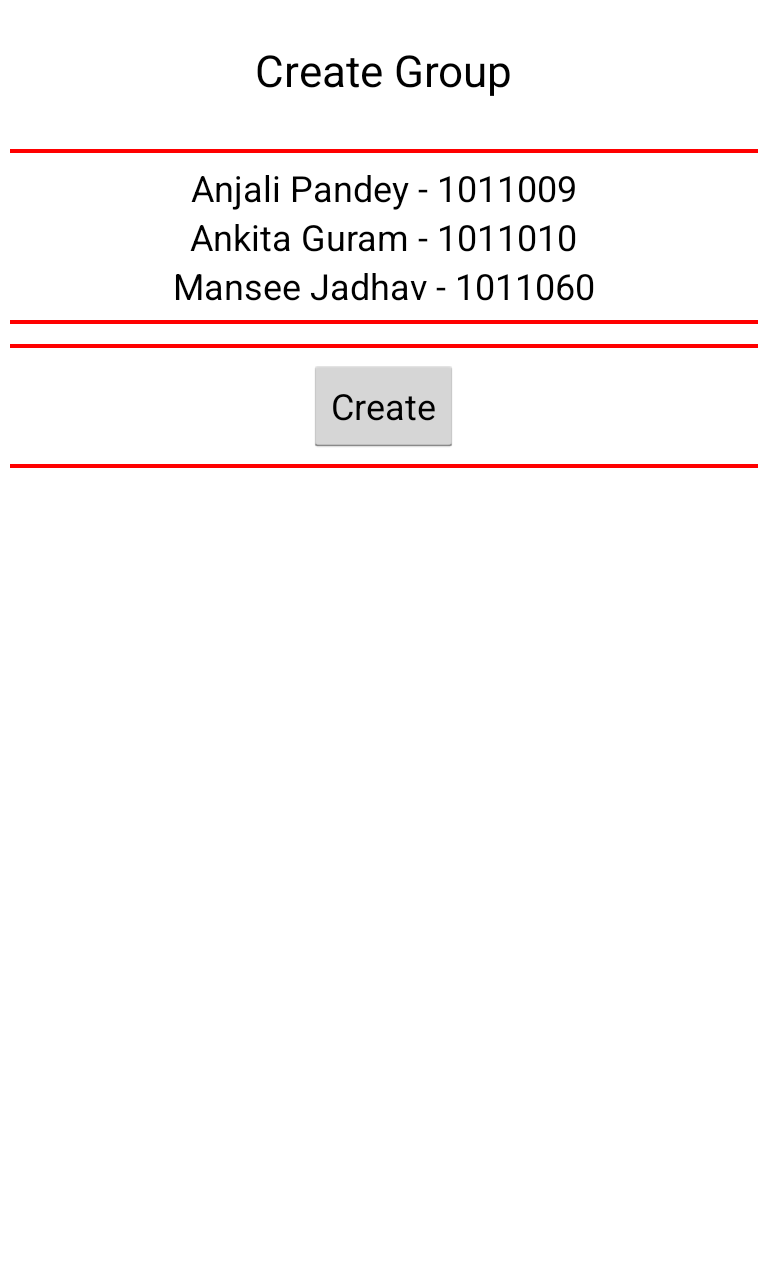
Repository: mansee8/Emergency-Service-Information-Provider
Layout: Emergency Service Information Provider/ESIP/ESIP/res/layout/create_group.xml
An editor plug-in stored every save of this project. The layout is shown before and after the next save, followed by the edit.
It is drawn on a 768 x 1280 px phone screen (xhdpi) without system bars, with theme AppTheme; the app's code is not run.

Above is the layout before, as saved 2014-02-27 07:33:50.

After the next save:
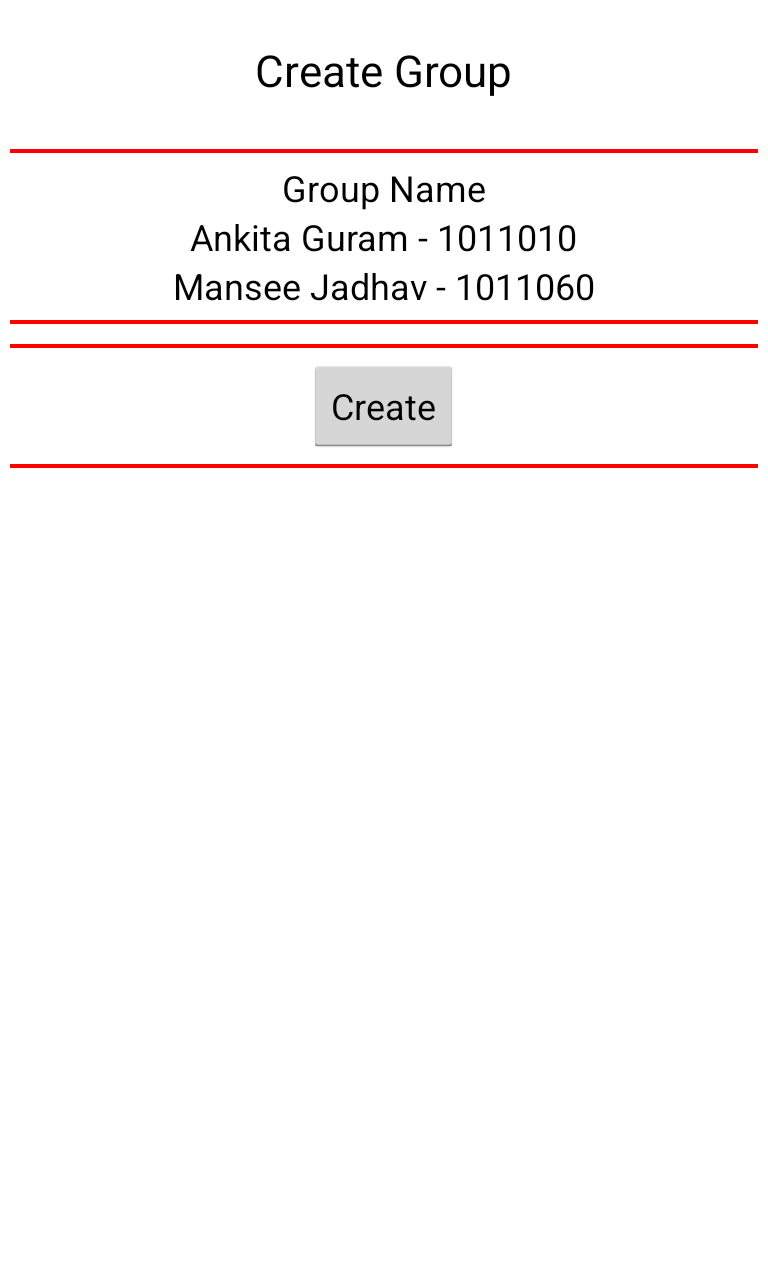
Saved 40 s later.
--- a/Emergency Service Information Provider/ESIP/ESIP/res/layout/create_group.xml
+++ b/Emergency Service Information Provider/ESIP/ESIP/res/layout/create_group.xml
@@ -6,7 +6,6 @@
     android:orientation="vertical" >
 
     <TextView
-        android:id="@+id/textView1"
         android:layout_width="wrap_content"
         android:layout_height="wrap_content"
         android:layout_margin="20dp"
@@ -20,10 +19,9 @@
         android:background="#ff0000" />
 
     <TextView
-        android:id="@+id/textView4"
         android:layout_width="wrap_content"
         android:layout_height="wrap_content"
-        android:text="Anjali Pandey - 1011009"
+        android:text="Group Name"
         android:textAppearance="?android:attr/textAppearanceMedium" />
 
     <TextView
